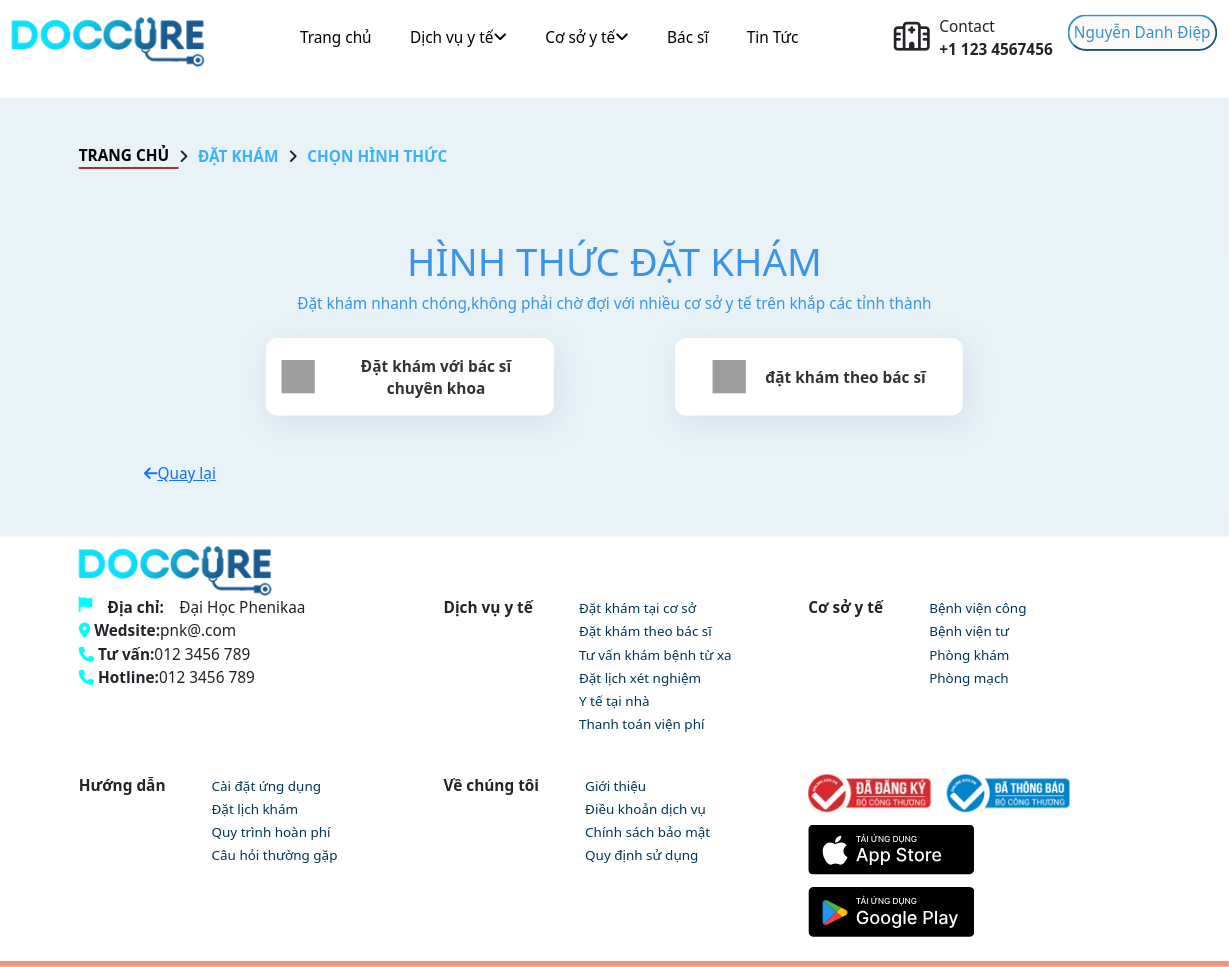
Repository: tuanminhh03/DACS-Complete
Page: http://localhost/web-user/datkham.php
The author's editor kept a copy of each file at every save. The page is drawn from the files as they stood at one save, then again after the next save.
The browser window is 1280 px wide. The pictures show the whole page, at 96% of full size.
Pictures or frames that could not be fetched are drawn as grey boxes. The page is run by PHP 8.4 with error messages shown; the project is at /var/www/html/.

Above is the page before, as saved 2023-11-11 17:55:09.

### web-user/datkham.php
<!DOCTYPE html>
<html lang="en">
<head>
    <meta charset="UTF-8">
    <meta name="viewport" content="width=device-width, initial-scale=1.0">
    <link rel="icon" type="image/x-icon" href="./assest/img/icon_2.svg">
    <link rel="stylesheet" href="./assest/font/fontawesome-free-6.4.2-web/css/all.min.css">
    <link rel="stylesheet" href="./boostrap/bootstrap.min.css">
    <link rel="stylesheet" href="./assest/css/datkham.css">
    <title>Document</title>
</head>
<body>
    <header class="doccure_header">
        <div class="doccure_header-mid">
            <div class="container-fluid">
                <div class="navbar">
                    <div class="doccure_logo">
                        <div class="logo_wrap">
                            <a href="#" rel="home">
                                <img src="./assest/img/logo.png" alt="">
                            </a>
                        </div>
                    </div>
                    <ul id="menu_primary_menu" class="navbar-nav">
                        <li class="menu_item">
                            <a href="./index.html">Trang chủ</a>
                        </li>
                        <li class="menu_item">
                            <a href="service.html">Dịch vụ y tế<i class="fa-solid fa-angle-down"></i></a>
                            <div class="subnav" style="width: 160px;">
                                    <a href="./service.html">Đặt khám tại cơ sở</a>
                                    <a href="./service2.html">Đặt khám theo bác sĩ</a>
                                    <a href="#">Tư vấn khám bệnh từ xa</a>
                                    <a href="./service3.html">Đặt lịch xét nghiệm</a>
                                    <a href="#">Y tế tại nhà</a>
                            </div>
                        </li>
                        <li class="menu_item">
                            <a href="./medical.html">Cơ sở y tế<i class="fa-solid fa-angle-down"></i></a>
                            <div class="subnav" style="width: 160px;">
                                <a href="#">Bệnh viện công</a>
                                <a href="#">Bệnh viện tư </a>
                                <a href="#">Phòng khám </a>
                                <a href="#">Phònh mạch</a>
                            </div>
                        </li>
                        <li class="menu_item">
                            <a href="./doctor.html">Bác sĩ</a>
                        </li>
                        <li class="menu_item">
                            <a href="./news.html">Tin Tức</a>
                        </li>
                    </ul>
                    <div class="doccure_info">
                        <div class="nav-item d-flex">
                            <div class="headder-contact-img pt-2">
                                <i class="fa-regular fa-hospital" style="font-size: 30px;"></i>
                            </div>
                            <div class="header_contact_detail">
                                <p class="conact_header">Contact</p>
                                <p class="contact_info_header"><b>+1 123 4567456</b></p>
                            </div>
                            <div class="style_user">
                                <button class="user">Nguyễn Danh Điệp</button>
                                <div class="subnav">
                                    <a href="./thongtincanhan.html"><i class="fa-solid fa-address-card" style="margin-right: 15px;"></i>Hồ Sơ Bệnh Nhân</a>
                                    <a href="./lichkhamuser.html"><i class="fa-solid fa-calendar-days" style="margin-right: 15px;"></i>Lịch Khám Bệnh</a>
                                    <a href="#"><i class="fa-solid fa-bell" style="margin-right: 15px;"></i>Thông báo</a>
                                    <a href="./updatehosobenhan.html"><i class="fa-solid fa-pen-to-square" style="margin-right: 15px;"></i>Cập nhập hồ sơ</a>
                                    <a href="#" style="color: #e10e0e;"><i class="fa-solid fa-right-from-bracket" style="color: #e10e0e;margin-right: 15px;"></i>Đăng xuất</a>
                                </div>
                            </div>
                        </div>
                    </div>
                </div>
            </div>
        </div>
    </header>
    <div class="style_main">
        <div class="style_header">
            <div class="content-introduce mt-4 p-5">
                <div class="map container">
                    <a href="./index.html">TRANG CHỦ</a>
                    <i class="fa-solid fa-angle-right"></i>
                    <p class="cl-brown">ĐẶT KHÁM</p>
                    <i class="fa-solid fa-angle-right"></i>
                    <p class="cl-brown">CHỌN HÌNH THỨC</p>
                </div>
            </div>
            <div class="style-body">
                <div class="text_title m-4" style="text-align: center;color: rgb(58, 148, 231);">
                    <h1>HÌNH THỨC ĐẶT KHÁM</h1>
                    <P>Đặt khám nhanh chóng,không phải chờ đợi với nhiều cơ sở y tế trên khắp các tỉnh thành</P>
                </div>
                <div class="style_content_card d-flex" style="justify-content: space-evenly;">
                    <div class="style_card">
                        <a href="datkhamvoibacsi.html">
                            <div class="img_ic"><img src="./assest/img/img_icon1.webp" alt=""></div>
                            <div class="text_1" style="margin-left: 20px; text-align: center;">Đặt khám với bác sĩ chuyên khoa</div>
                        </a>
                    </div>
                    <div class="style_card">
                        <a href="ngaykham.html">
                            <div class="img_ic"><img src="./assest/img/img_icon2.webp" alt=""></div>
                            <div class="text_1" style="margin-left: 20px;">đặt khám theo bác sĩ</div>
                        </a>
                    </div>
                </div>
                <div class="end pt-5" style="text-decoration: none;">
                    <a href="./service.html"><i class="fa-solid fa-arrow-left"></i>Quay lại</a>
                </div>
            </div>
        </div>
    </div>
    <div class="inline"></div>
    <div class="doccure-footer">
        <div class="container">
            <div class="footer-content">
                <div class="footer-system">
                    <img src="./assest/img/logo.png" alt="">
                    <div class="row">
                        <div class="col-4">
                            <div class="doccure-address-block">
                                <div class="doccure-address-title">
                                    <i class="fas fa-flag" style="color: aqua;"></i>
                                    <strong>Địa chỉ:</strong>Đại Học Phenikaa
                                </div>
                                <div class="doccure-address">
                                    <i class="fas fa-map-marker-alt"style="color: aqua;"></i>
                                    <strong>Wedsite:</strong>pnk@.com
                                </div>
                                <div class="doccure-address-hotline">
                                    <i class="fas fa-phone"style="color: aqua;"></i>
                                    <strong>Tư vấn:</strong>012 3456 789
                                    <br>
                                    <i class="fas fa-phone"style="color: aqua;"></i>
                                    <strong>Hotline:</strong>012 3456 789
                                </div>
                            </div>
                        </div>
                        <div class="col-4">
                            <div class="doccure-address-block">
                                <div class="doccure-address-title">
                                    <strong>Dịch vụ y tế</strong>
                                    <ul>
                                        <li><a href="#">Đặt khám tại cơ sở</a></li>
                                        <li><a href="#">Đặt khám theo bác sĩ</a></li>
                                        <li><a href="#">Tư vấn khám bệnh từ xa</a></li>
                                        <li><a href="#">Đặt lịch xét nghiệm</a></li>
                                        <li><a href="#">Y tế tại nhà</a></li>
                                        <li><a href="#">Thanh toán viện phí</a></li>
                                    </ul>
                                </div>
                            </div>
                        </div>
                        <div class="col-4">
                            <div class="doccure-address-block">
                                <div class="doccure-address-title">
                                    <strong>Cơ sở y tế</strong>
                                    <ul>
                                        <li><a href="#">Bệnh viện công</a></li>
                                        <li><a href="#">Bệnh viện tư</a></li>
                                        <li><a href="#">Phòng khám</a></li>
                                        <li><a href="#">Phòng mạch</a></li>
                                    </ul>
                                </div>
                            </div>
                        </div>
                        <div class="col-4">
                            <div class="doccure-address-block">
                                <div class="doccure-address-title">
                                    <strong>Hướng dẫn</strong>
                                    <ul>
                                        <li><a href="#">Cài đặt ứng dụng</a></li>
                                        <li><a href="#">Đặt lịch khám</a></li>
                                        <li><a href="#">Quy trình hoàn phí</a></li>
                                        <li><a href="#">Câu hỏi thường gặp</a></li>
                                    </ul>
                                </div>
                            </div>
                        </div>
                        <div class="col-4">
                            <div class="doccure-address-block">
                                <div class="doccure-address-title">
                                    <strong>Về chúng tôi</strong>
                                    <ul>
                                        <li><a href="#">Giới thiệu</a></li>
                                        <li><a href="#">Điều khoản dịch vụ</a></li>
                                        <li><a href="#">Chính sách bảo mật</a></li>
                                        <li><a href="#">Quy định sử dụng</a></li>
                                    </ul>
                                </div>
                            </div>
                        </div>
                        <div class="col-4">
                            <div class="doccure-address-block">
                                <div class="doccure-address-title">
                                    <a href=""><img src="./assest/img/img_ft1.webp" alt=""></a>
                                    <a href=""><img src="./assest/img/img_ft2.png" alt=""></a>
                                    <a href=""><img src="./assest/img/img_ft3.svg" alt=""></a>
                                    <a href=""><img src="./assest/img/img_ft4.svg" alt=""></a>
                                </div>
                            </div>
                        </div>
                    </div>
                </div>
                <div class="footer-copyright"></div>
            </div>
        </div>
    </div>
    <footer>

      </footer>
    <script src="./boostrap/bootstrap.min.js"></script>
    <script src="./jquery/code.jquery.com_jquery-3.7.1.min.js"></script>
</body>
</html>

Loaded but not shown: web-user/assest/font/fontawesome-free-6.4.2-web/css/all.min.css (library); web-user/boostrap/bootstrap.min.css (library); web-user/boostrap/bootstrap.min.js (library); web-user/jquery/code.jquery.com_jquery-3.7.1.min.js (library); web-user/assest/img/img_ft4.svg (9 lines, source omitted); web-user/assest/img/img_ft3.svg (6 lines, source omitted); web-user/assest/css/datkham.css (327 lines, source omitted)

After the next save:
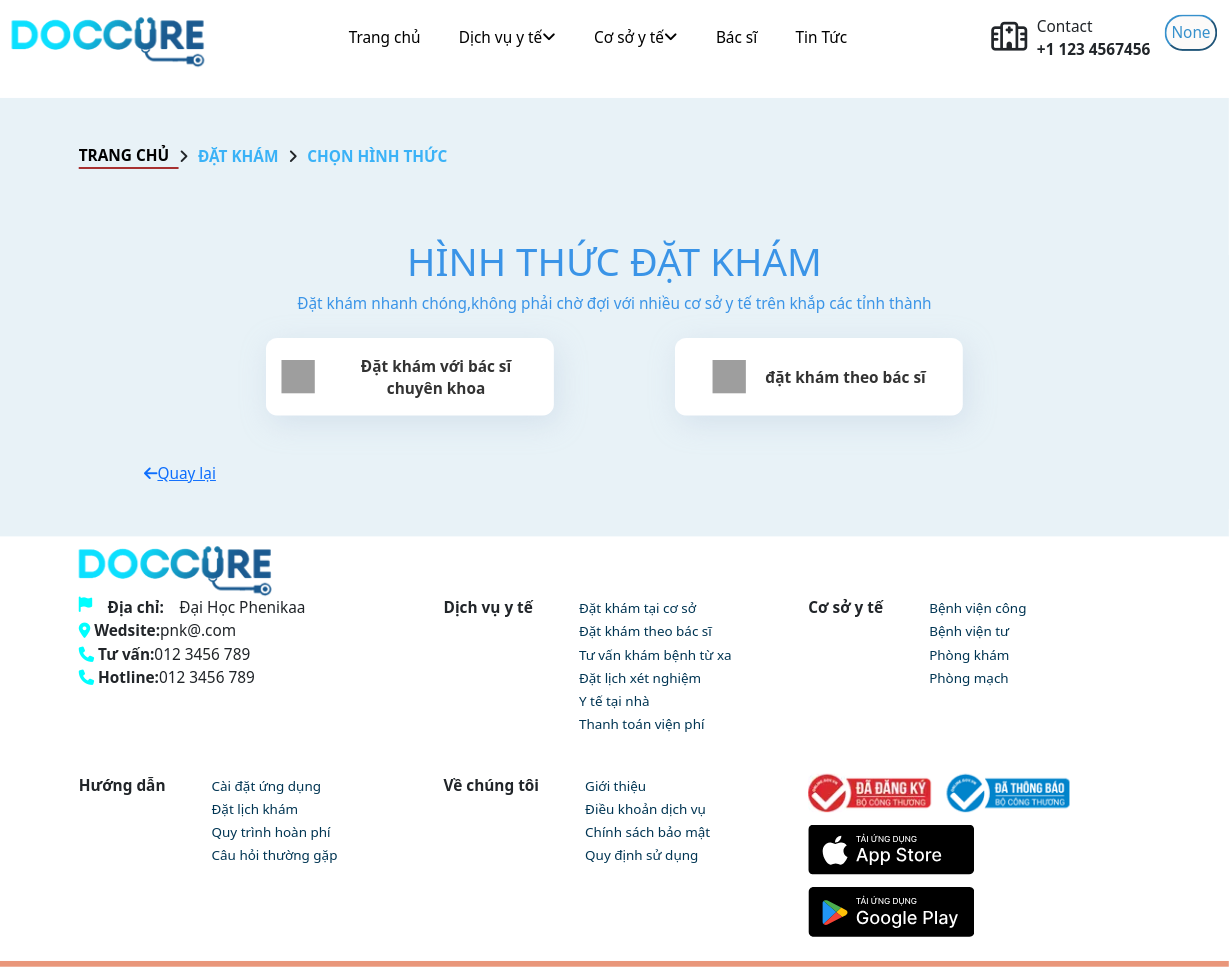
Saved 44 s later.
--- a/web-user/datkham.php
+++ b/web-user/datkham.php
@@ -1,5 +1,6 @@
 <!DOCTYPE html>
 <html lang="en">
+
 <head>
     <meta charset="UTF-8">
     <meta name="viewport" content="width=device-width, initial-scale=1.0">
@@ -9,6 +10,7 @@
     <link rel="stylesheet" href="./assest/css/datkham.css">
     <title>Document</title>
 </head>
+
 <body>
     <header class="doccure_header">
         <div class="doccure_header-mid">
@@ -28,11 +30,11 @@
                         <li class="menu_item">
                             <a href="service.html">Dịch vụ y tế<i class="fa-solid fa-angle-down"></i></a>
                             <div class="subnav" style="width: 160px;">
-                                    <a href="./service.html">Đặt khám tại cơ sở</a>
-                                    <a href="./service2.html">Đặt khám theo bác sĩ</a>
-                                    <a href="#">Tư vấn khám bệnh từ xa</a>
-                                    <a href="./service3.html">Đặt lịch xét nghiệm</a>
-                                    <a href="#">Y tế tại nhà</a>
+                                <a href="./service.html">Đặt khám tại cơ sở</a>
+                                <a href="./service2.html">Đặt khám theo bác sĩ</a>
+                                <a href="#">Tư vấn khám bệnh từ xa</a>
+                                <a href="./service3.html">Đặt lịch xét nghiệm</a>
+                                <a href="#">Y tế tại nhà</a>
                             </div>
                         </li>
                         <li class="menu_item">
@@ -61,13 +63,27 @@
                                 <p class="contact_info_header"><b>+1 123 4567456</b></p>
                             </div>
                             <div class="style_user">
-                                <button class="user">Nguyễn Danh Điệp</button>
+                                <button class="user">
+                                    <?php
+                                    session_start();
+                                    if (isset($_SESSION["username"])) {
+                                        echo $_SESSION["username"];
+                                    } else {
+                                        echo "None";
+                                    }
+                                    ?>
+                                </button>
                                 <div class="subnav">
-                                    <a href="./thongtincanhan.html"><i class="fa-solid fa-address-card" style="margin-right: 15px;"></i>Hồ Sơ Bệnh Nhân</a>
-                                    <a href="./lichkhamuser.html"><i class="fa-solid fa-calendar-days" style="margin-right: 15px;"></i>Lịch Khám Bệnh</a>
-                                    <a href="#"><i class="fa-solid fa-bell" style="margin-right: 15px;"></i>Thông báo</a>
-                                    <a href="./updatehosobenhan.html"><i class="fa-solid fa-pen-to-square" style="margin-right: 15px;"></i>Cập nhập hồ sơ</a>
-                                    <a href="#" style="color: #e10e0e;"><i class="fa-solid fa-right-from-bracket" style="color: #e10e0e;margin-right: 15px;"></i>Đăng xuất</a>
+                                    <a href="./thongtincanhan.html"><i class="fa-solid fa-address-card"
+                                            style="margin-right: 15px;"></i>Hồ Sơ Bệnh Nhân</a>
+                                    <a href="./lichkhamuser.html"><i class="fa-solid fa-calendar-days"
+                                            style="margin-right: 15px;"></i>Lịch Khám Bệnh</a>
+                                    <a href="#"><i class="fa-solid fa-bell" style="margin-right: 15px;"></i>Thông
+                                        báo</a>
+                                    <a href="./updatehosobenhan.html"><i class="fa-solid fa-pen-to-square"
+                                            style="margin-right: 15px;"></i>Cập nhập hồ sơ</a>
+                                    <a href="#" style="color: #e10e0e;"><i class="fa-solid fa-right-from-bracket"
+                                            style="color: #e10e0e;margin-right: 15px;"></i>Đăng xuất</a>
                                 </div>
                             </div>
                         </div>
@@ -96,7 +112,8 @@
                     <div class="style_card">
                         <a href="datkhamvoibacsi.html">
                             <div class="img_ic"><img src="./assest/img/img_icon1.webp" alt=""></div>
-                            <div class="text_1" style="margin-left: 20px; text-align: center;">Đặt khám với bác sĩ chuyên khoa</div>
+                            <div class="text_1" style="margin-left: 20px; text-align: center;">Đặt khám với bác sĩ
+                                chuyên khoa</div>
                         </a>
                     </div>
                     <div class="style_card">
@@ -126,14 +143,14 @@
                                     <strong>Địa chỉ:</strong>Đại Học Phenikaa
                                 </div>
                                 <div class="doccure-address">
-                                    <i class="fas fa-map-marker-alt"style="color: aqua;"></i>
+                                    <i class="fas fa-map-marker-alt" style="color: aqua;"></i>
                                     <strong>Wedsite:</strong>pnk@.com
                                 </div>
                                 <div class="doccure-address-hotline">
-                                    <i class="fas fa-phone"style="color: aqua;"></i>
+                                    <i class="fas fa-phone" style="color: aqua;"></i>
                                     <strong>Tư vấn:</strong>012 3456 789
                                     <br>
-                                    <i class="fas fa-phone"style="color: aqua;"></i>
+                                    <i class="fas fa-phone" style="color: aqua;"></i>
                                     <strong>Hotline:</strong>012 3456 789
                                 </div>
                             </div>
@@ -210,8 +227,9 @@
     </div>
     <footer>
 
-      </footer>
+    </footer>
     <script src="./boostrap/bootstrap.min.js"></script>
     <script src="./jquery/code.jquery.com_jquery-3.7.1.min.js"></script>
 </body>
+
 </html>
